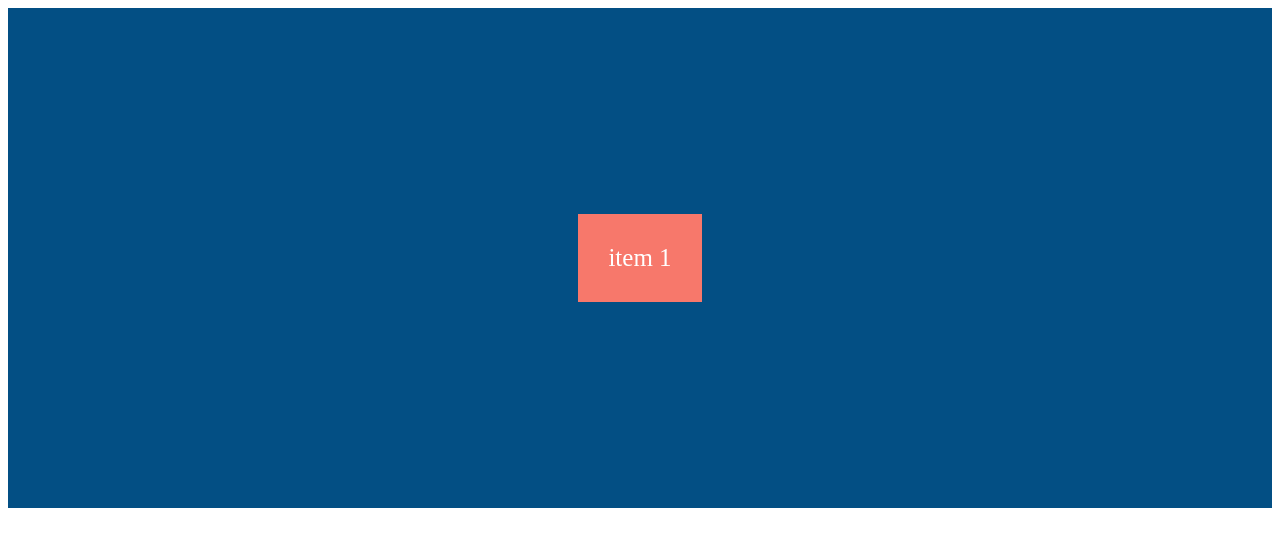
Repository: mehmetbuber38/flex
Page: flex-margin.html
An editor plug-in stored every save of this project. The page is shown before and after the next save, followed by the edit.
The browser window is 1280 px wide. The pictures show the whole page.

Above is the page before, as saved 2022-01-31 21:21:18.

After the next save:
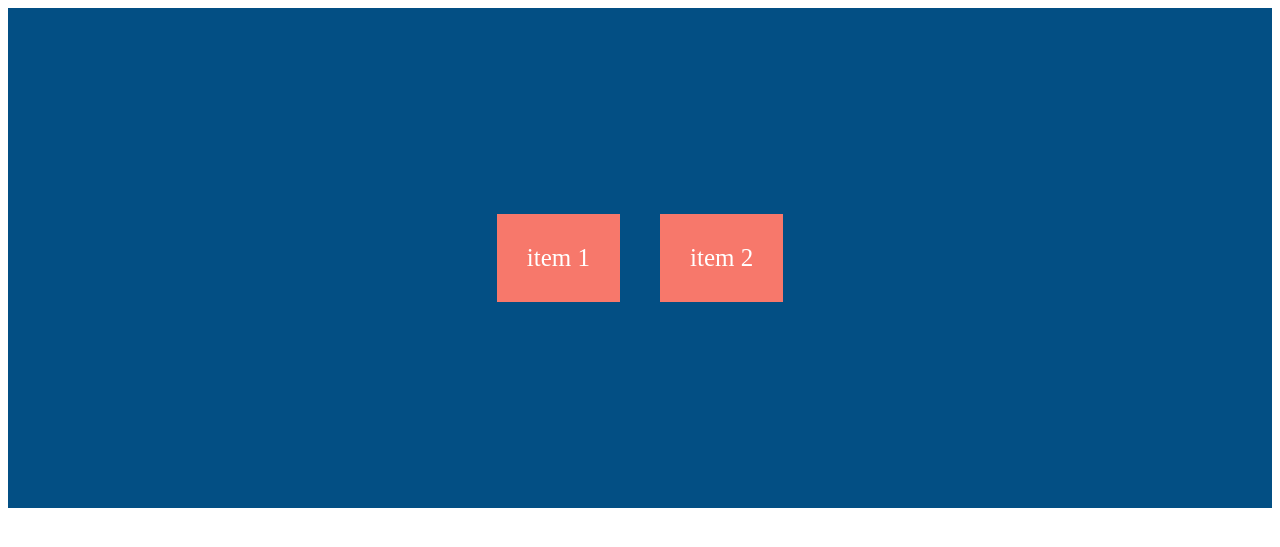
Saved 8 min 47 s later.
--- a/flex-margin.html
+++ b/flex-margin.html
@@ -29,7 +29,8 @@
 
 <body>
     <div class="container">
-        <div class="item ">item 1</div>
+        <div class="item item-1">item 1</div>
+        <div class="item item-2">item 2</div>
 
 
     </div>

After the 5 saves that followed:
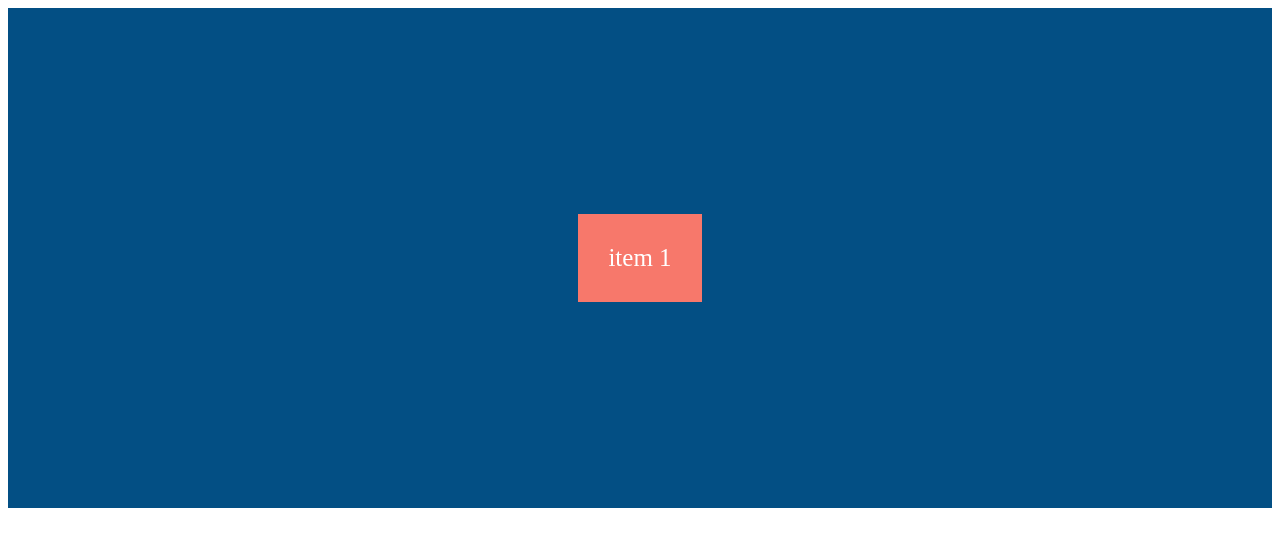
The 5 saves are shown as one change because 4 left the picture as it was.
The last was saved 109 s later.
--- a/flex-margin.html
+++ b/flex-margin.html
@@ -15,6 +15,9 @@
         background-color: #034f84;
         align-items: center;
         justify-content: center;
+        /* margin: auto; */
+        /* margin-top: auto; */
+        margin-bottom: auto;
 
     }
 
@@ -30,7 +33,7 @@
 <body>
     <div class="container">
         <div class="item item-1">item 1</div>
-        <div class="item item-2">item 2</div>
+        <!-- <div class="item item-2">item 2</div> -->
 
 
     </div>
